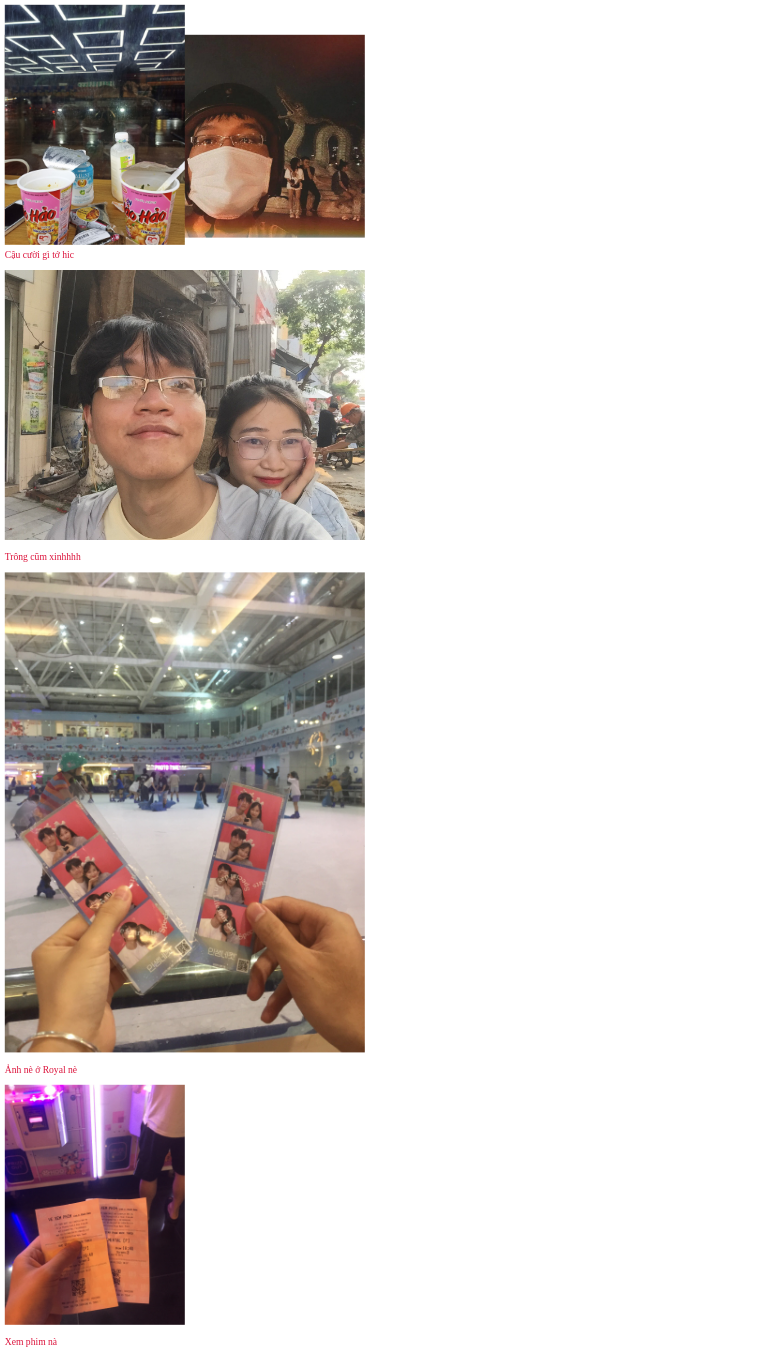
Repository: Hanhanh06/0907
Page: code/0908.html
An editor plug-in stored every save of this project. The page is shown before and after a run of saves, followed by the edit.
The browser window is 1280 px wide. The pictures show the whole page, at 60% of full size.

Above is the page before, as saved 2023-08-09 21:45:15.

After the next 3 saves:
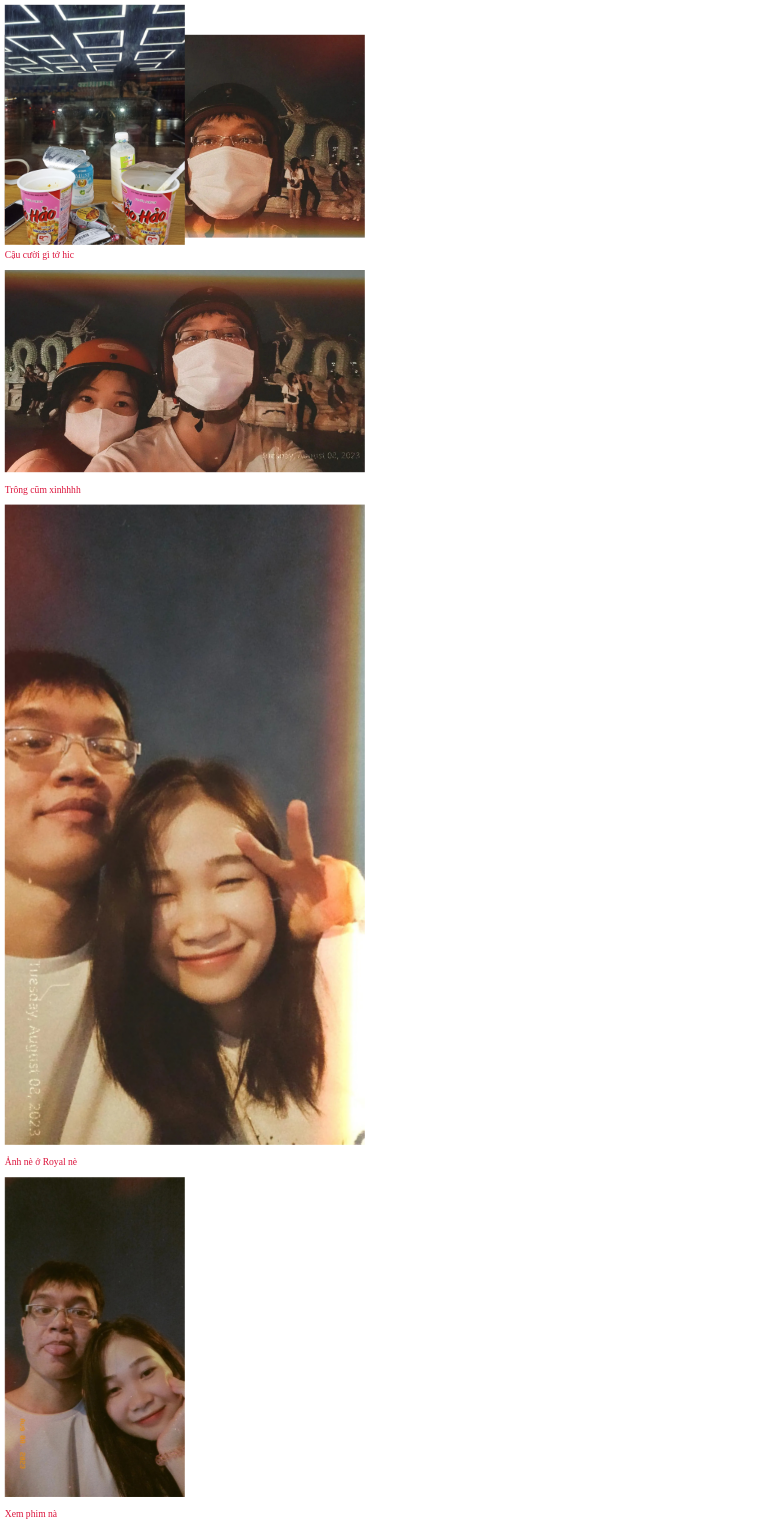
The 3 saves are shown as one change because they came seconds apart.
The last was saved 11 s later.
--- a/code/0908.html
+++ b/code/0908.html
@@ -35,11 +35,11 @@
 
        <img src="001.jpg" alt="Hình ảnh không tồn tại" width="600px">
        <p style="color: crimson;font-size: 16px;"> Cậu cười gì tớ hic </p>
-       <img src="97.jpg" alt="Hình ảnh không tồn tại" width="600px">
+       <img src="002.jpg" alt="Hình ảnh không tồn tại" width="600px">
        <p style="color: crimson;font-size: 16px;"> Trông cũm xinhhhh </p>
-       <img src="96.jpg" alt="Hình ảnh không tồn tại" width="600px">
+       <img src="003.jpg" alt="Hình ảnh không tồn tại" width="600px">
        <p style="color: crimson;font-size: 16px;"> Ảnh nè ở Royal nè</p>
-       <img src="95.jpg" alt="Hình ảnh không tồn tại" width="300px">
+       <img src="004.jpg" alt="Hình ảnh không tồn tại" width="300px">
        <p style="color: crimson;font-size: 16px;"> Xem phim nà </p>
 
 
